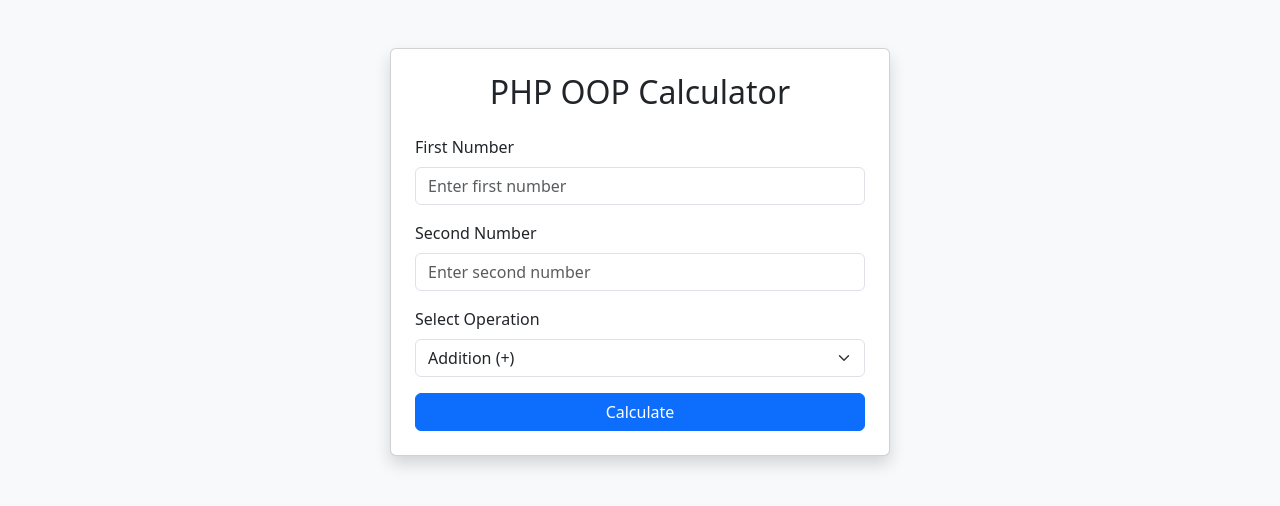
Repository: karkinoob/SimpleCalculator
Page: http://localhost/
These files come from the project's save history. The page is drawn as it stood at one moment and after the next save; the edit follows.
The browser window is 1280 px wide. The pictures show the whole page.
The page is run by PHP 8.4 with error messages shown; the project is at /var/www/html/.

Above is the page before, as saved 2025-05-08 17:26:05.

### index.php
<?php
class Calculator {
  private $num1;
  private $num2;

  public function __construct($num1,$num2) {
    $this->num1 = $num1;
    $this->num2 = $num2;
  }
  function add () {
    return $this->num1 + $this->num2;
  }
  function substract() {
    $this->num1 - $this->num2;
  }
  function multiply () {
    $this->num1 * $this->num2;
  }
  function divide () {
    if ($this->num2 == 0) {
      echo "Cannot divided by zero";
    } else {
      $this->num1 / $this->num2;
    }
  }
}
$result = "";
         if ($_SERVER["REQUEST_METHOD"] == "POST") {
            $num1 = $_POST["num1"];
            $num2 = $_POST["num2"];
            $operation = $_POST["operation"];
         }
         $calc

?>
<!DOCTYPE html>
<html lang="en">
<head>
    <meta charset="UTF-8">
    <title>OOP Calculator</title>
    <meta name="viewport" content="width=device-width, initial-scale=1">

    <link href="https://cdn.jsdelivr.net/npm/bootstrap@5.3.6/dist/css/bootstrap.min.css" rel="stylesheet">
</head>
<body class="bg-light">

<div class="container mt-5">
    <div class="card shadow p-4 mx-auto" style="max-width: 500px;">
        <h2 class="mb-4 text-center">PHP OOP Calculator</h2>
        <form method="POST">
            <div class="mb-3">
                <label for="num1" class="form-label">First Number</label>
                <input type="number" step="any" name="num1" class="form-control" required placeholder="Enter first number">
            </div>
            <div class="mb-3">
                <label for="num2" class="form-label">Second Number</label>
                <input type="number" step="any" name="num2" class="form-control" required placeholder="Enter second number">
            </div>
            <div class="mb-3">
                <label for="operation" class="form-label">Select Operation</label>
                <select name="operation" class="form-select" required>
                    <option value="add">Addition (+)</option>
                    <option value="subtract">Subtraction (-)</option>
                    <option value="multiply">Multiplication (×)</option>
                    <option value="divide">Division (÷)</option>
                </select>
            </div>
            <button type="submit" class="btn btn-primary w-100">Calculate</button>
        </form>

        <!-- <?php if ($result !== ""): ?>
            <div class="alert alert-info text-center mt-4">
                <strong>Result:</strong> <?= $result ?> -->
            </div>
        <?php endif; ?>
    </div>
</div>

</body>
</html>

After the next save:
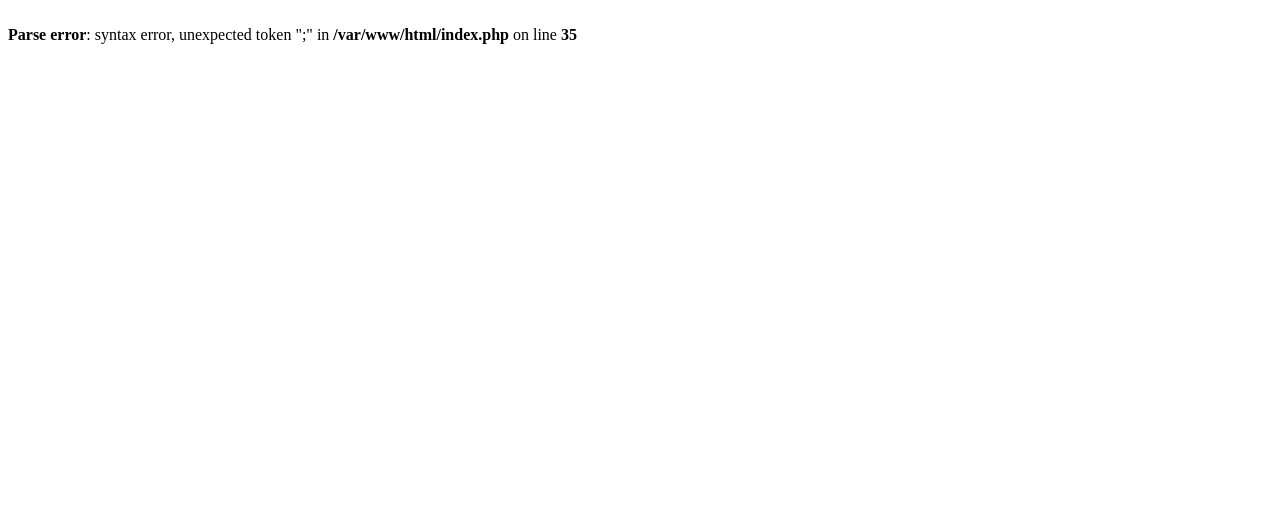
Saved 6 s later.
--- a/index.php
+++ b/index.php
@@ -30,7 +30,7 @@ $result = "";
             $num2 = $_POST["num2"];
             $operation = $_POST["operation"];
          }
-         $calc
+         $calculator =
 
 ?>
 <!DOCTYPE html>
